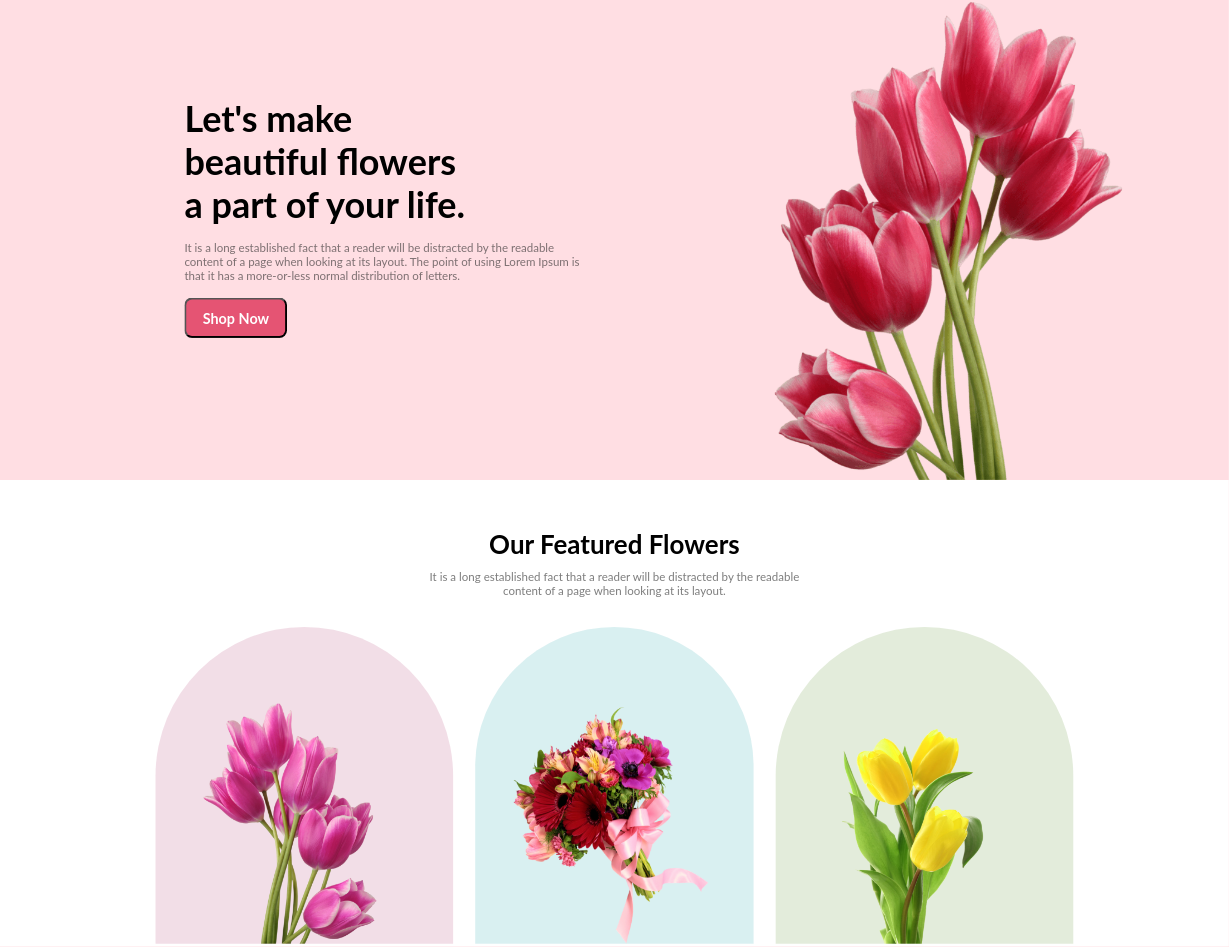
Repository: sadiaafsana138/Flower-Shop_Responsive
Page: index.html
These files come from the project's save history. The page is drawn as it stood at one moment and after the next save; the edit follows.
The browser window is 1280 px wide. The pictures show the whole page, at 96% of full size.

Above is the page before, as saved 2023-08-30 04:22:30.

### index.html
<!DOCTYPE html>
<html lang="en">

<head>
    <meta charset="UTF-8">
    <meta name="viewport" content="width=device-width, initial-scale=1.0">
    <title>Flower Shop</title>
    <link rel="stylesheet" href="Flower.css">
</head>

<body>
    <header>
        <section class="Section1">
            <div>
                <div class="HeaderText" id="HeaderText1">
                    <h1>
                        Let's make<br>beautiful flowers<br>a part of your life.
                    </h1>
                </div>
                <div id="HeaderText2">
                    <p>
                        It is a long established fact that a reader will be distracted by the readable<br>content of a
                        page when looking at its layout. The point of using Lorem Ipsum is<br>that it has a more-or-less
                        normal distribution of letters.
                    </p>
                </div>
                <button class="Main_button">
                    Shop Now
                </button>
            </div>
            <div>
                <img src="Images/1.png" alt="Cover image" height="500px" width="400px">
            </div>
        </section>
    </header>
    <main>
        <section class="Section2">
            <div>
                <div id="Section_2_header1">
                    <h1>
                        Our Featured Flowers
                    </h1>
                </div>
                <div>
                    <p id="Section_2_header2">
                    It is a long established fact that a reader will be distracted by the readable<br>content of a page when looking at its layout.
                    </p>
                </div>
            </div>
            <div class="Section_2_pictures">
                <div id="sec2_pic1">
                     <img src="Images/2.png" alt="" height="250px" width="180px">
                </div>
                <div id="sec2_pic2">
                    <img src="Images/3.png" alt="" height="250px" width="230px">
                </div>
                <div id="sec2_pic3">
                    <img src="Images/4.png" alt="" height="250px" width="180px">
                </div>
            </div>
        </section>
        <section class="Section3"></section>
        <section class="Section4"></section>
        <section class="Section5"></section>
        <section class="Section6"></section>
        <section class="Section7"></section>
        <section class="Section8"></section>
    </main>
    <footer>

    </footer>
</body>

</html>

### Flower.css
*{
    margin:0px;
    font-family: Lato;
    font-style: normal;
}
/*Section 1*/
.Section1{
    background-color: rgb(255, 222, 227);
    height:500px;
    width: 100%;
    display: flex;
    justify-content: space-around;
}
#HeaderText1{
    padding: 100px 70px 5px 100px;
    font-size:  25px;
    font-weight: 800;

}
#HeaderText2{
    padding: 10px 0px 5px 100px;
    font-size:  12px;
    font-weight: 400;
    color:rgba(39, 39, 39, 0.60);
}
.Main_button{
    border-radius: 8px;
    background: #E55473;
    color: #FFF;
    font-size: 15px;
    font-weight: 700;
    padding: 10px 17px;
    margin: 10px 0px 0px 100px;
}
/*Section 2*/
#Section_2_header1{
    padding: 50px 0px 10px 0px;
    font-size:  18px;
    font-weight: 800;
    text-align: center;
}
#Section_2_header2{
    font-size:  12px;
    font-weight: 400;
    color:rgba(39, 39, 39, 0.60);
    text-align: center;
}
.Section_2_pictures{
    margin: 30px 150px 0px;
    justify-content: space-around;
    display: flex;
}
#sec2_pic1{
    border-radius: 300px 300px 0px 0px;
    background: rgba(167, 33, 98, 0.15);
    height:250px ;
    width: 230px;
    padding: 80px 30px 0px 50px;
}
#sec2_pic2{
    border-radius: 300px 300px 0px 0px;
    background:rgba(5, 151, 160, 0.15);
    height: 250px;
    width: 230px;
    padding: 80px 30px 0px 30px;
}
#sec2_pic3{
    border-radius: 300px 300px 0px 0px;
    background: rgba(71, 125, 17, 0.15);
    height: 250px;
    width: 230px;
    padding: 80px 30px 0px 50px;

}

After the next save:
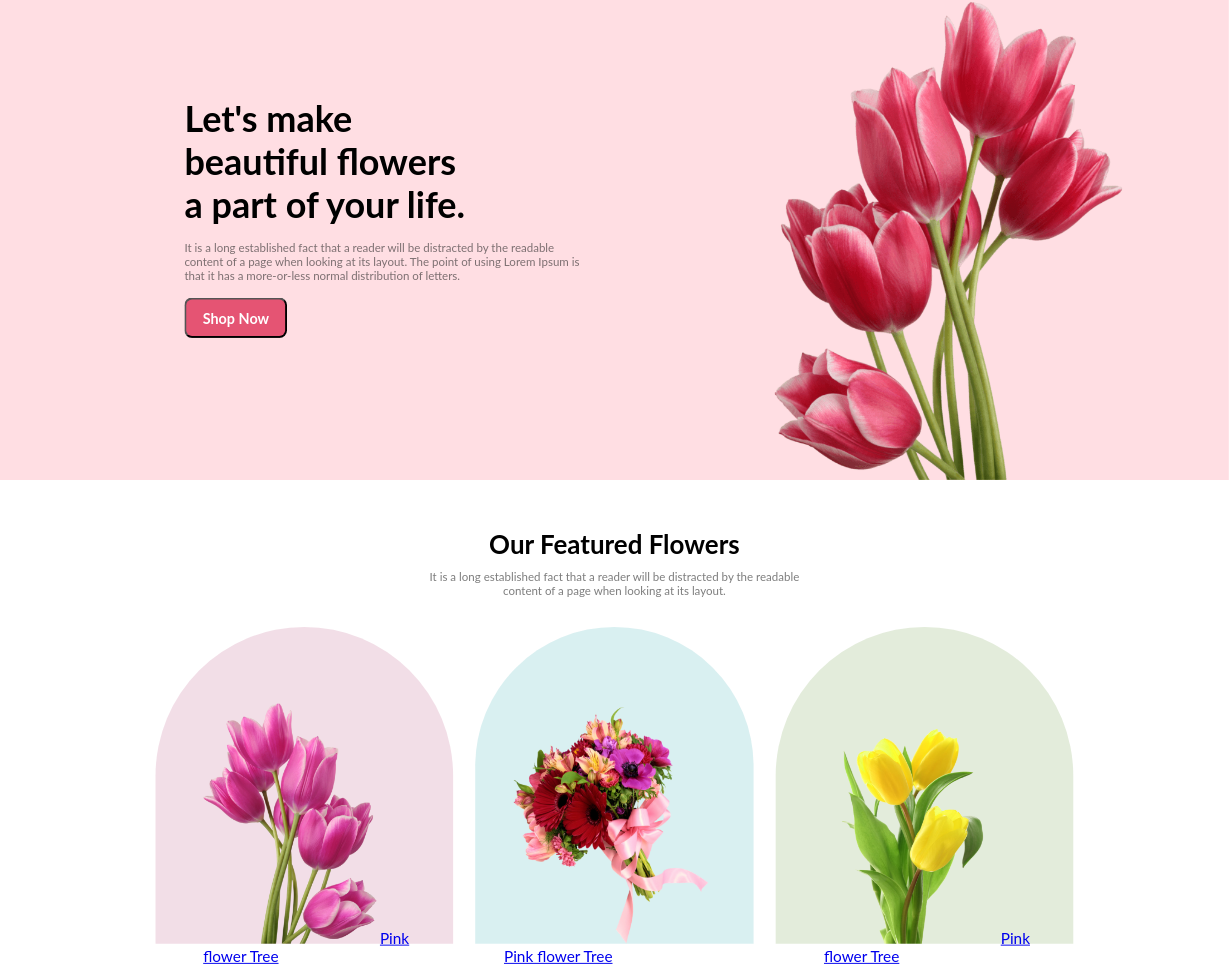
Saved 3 min 36 s later.
--- a/index.html
+++ b/index.html
@@ -50,12 +50,21 @@
             <div class="Section_2_pictures">
                 <div id="sec2_pic1">
                      <img src="Images/2.png" alt="" height="250px" width="180px">
+                     <a href="https://flowersourcebd.com/" target="_blank">
+                      Pink flower Tree
+                     </a>
                 </div>
                 <div id="sec2_pic2">
                     <img src="Images/3.png" alt="" height="250px" width="230px">
+                    <a href="https://flowersourcebd.com/" target="_blank">
+                        Pink flower Tree
+                    </a>
                 </div>
                 <div id="sec2_pic3">
                     <img src="Images/4.png" alt="" height="250px" width="180px">
+                    <a href="https://flowersourcebd.com/" target="_blank">
+                        Pink flower Tree
+                    </a>
                 </div>
             </div>
         </section>
